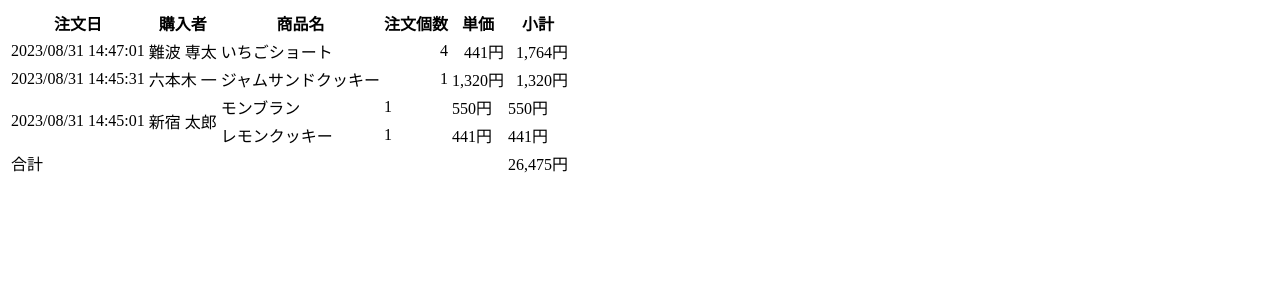
Repository: HayatoTakaha/bookers2-debug
Page: table/index.html
The author's editor kept a record of every edit. The page is drawn from the files as they stood at one moment, then again after the next edit.
The browser window is 1280 px wide. The pictures show the whole page.

Above is the page before.

After the next edit:
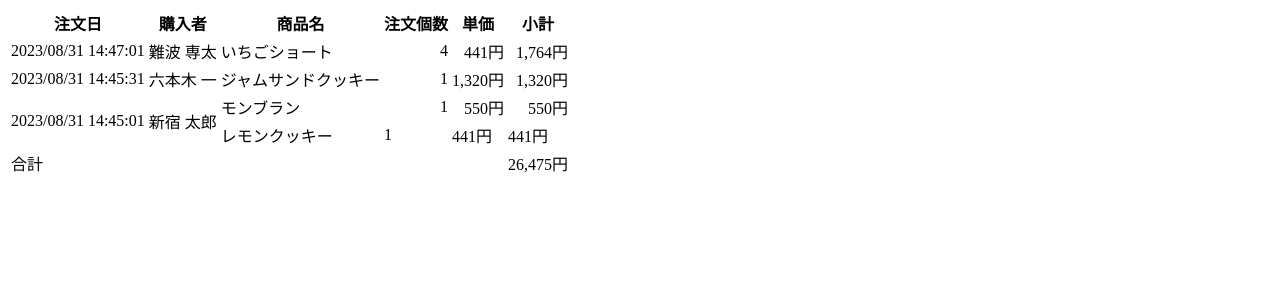
The edit:
--- a/table/index.html
+++ b/table/index.html
@@ -77,9 +77,9 @@
   <td rowspan="2">2023/08/31 14:45:01</td>
   <td rowspan="2">新宿 太郎</td>
   <td>モンブラン</td>
-  <td>1</td>
-  <td>550円</td>
-  <td>550円</td>
+  <td class="is_num">1</td>
+  <td class="is_num">550円</td>
+  <td class="is_num">550円</td>
   </tr>
 <tr><td>レモンクッキー</td>
 <td>1</td>
